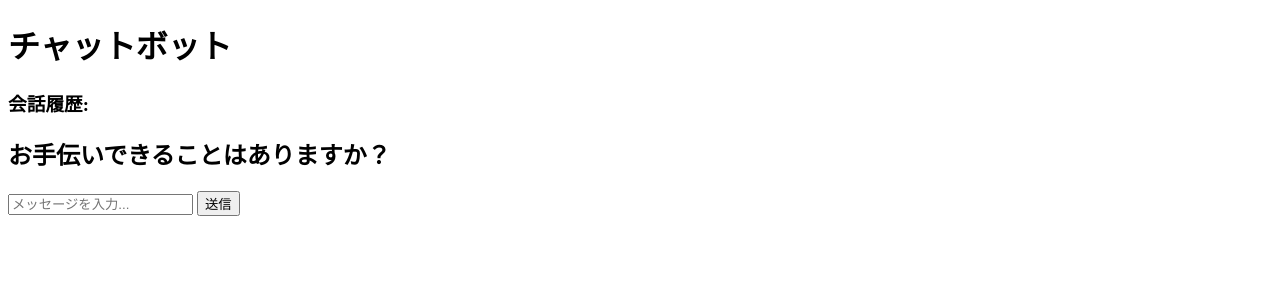
Repository: takumidayo0904/chatbot
Page: http://localhost/ChatBot/
The author's editor kept a copy of each file at every save. The page is drawn from the files as they stood at one save, then again after the next save.
The browser window is 1280 px wide. The pictures show the whole page.
The page is served by Tomcat 9.

Above is the page before, as saved 2025-02-01 20:59:20.

After the next save:
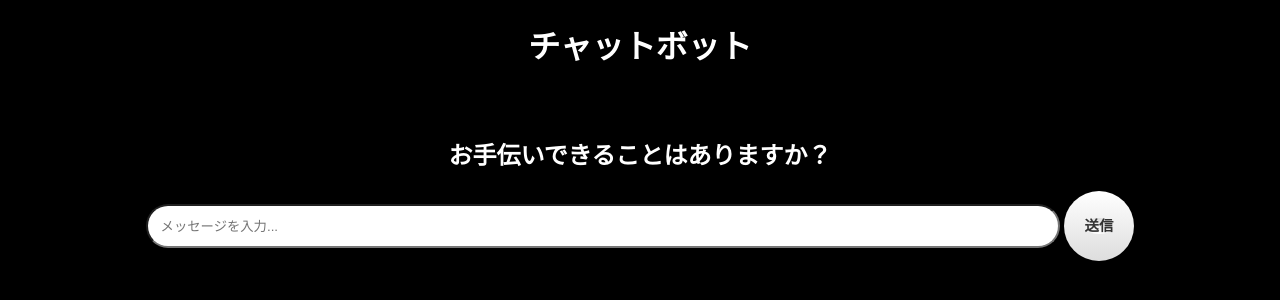
Saved 35 h 24 min later.
--- a/ChatBot/WebContent/index.jsp
+++ b/ChatBot/WebContent/index.jsp
@@ -5,7 +5,7 @@
 <head>
 <meta charset="UTF-8">
 <title>チャットボット</title>
-<style>/*
+<style>
 body {
 	background-color: #000;
 }
@@ -50,7 +50,7 @@
 
 h1, h2 {
 	color: #FFF;
-} */
+}
 </style>
 </head>
 <body>
